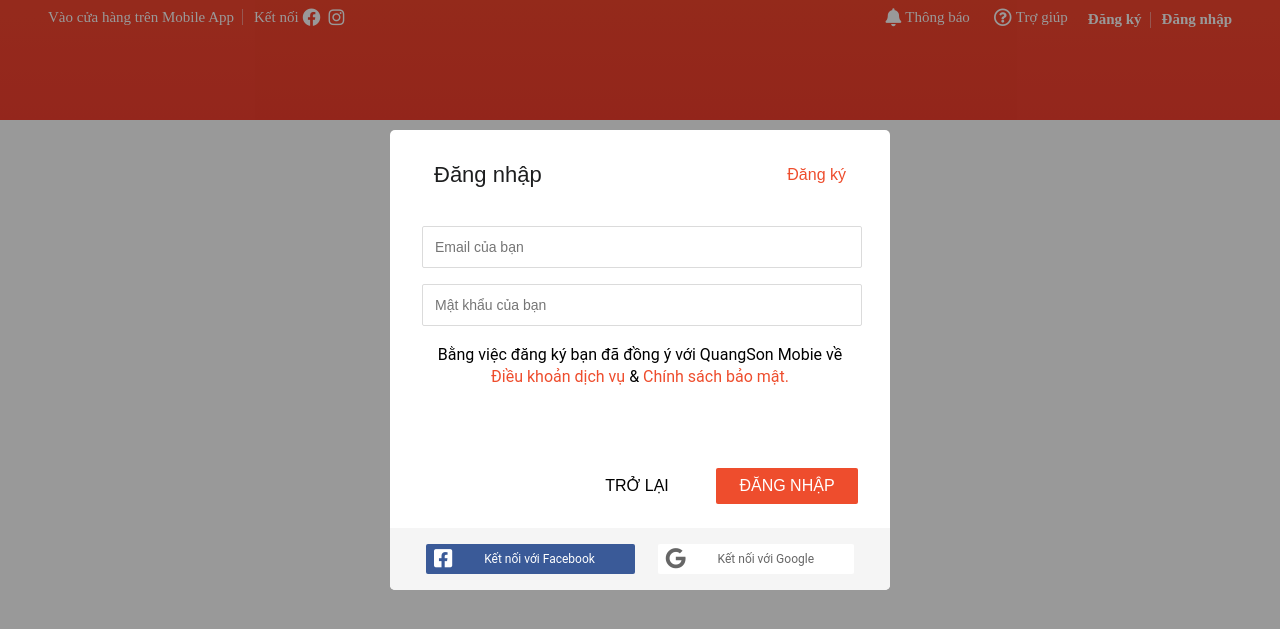
Repository: Qson412/BTL_Web
Page: index.html
These files come from the project's save history. The page is drawn as it stood at one moment and after the next save; the edit follows.
The browser window is 1280 px wide. The pictures show the whole page.

Above is the page before, as saved 2021-11-29 17:53:21.

### index.html
<!DOCTYPE html>
<html lang="en">

<head>
    <meta charset="UTF-8">
    <meta http-equiv="X-UA-Compatible" content="IE=edge">
    <meta name="viewport" content="width=device-width, initial-scale=1.0">
    <link rel="stylesheet" href="./base.css">
    <link rel="stylesheet" href="./main.css">
    <link rel="stylesheet" href="./fontawesome-free-5.15.4-web/css/all.min.css">
    <title>Trang trủ</title>
</head>

<body>
    <div class="app">
        <!-- HEADER -->
        <header class="header">
            <div class="grid">
                <nav class="header__navbar">
                    <ul class="header__navbar-list">
                        <li class="header__navbar-item header__navbar-item--has-qr header__navbar-item--separate">
                            Vào cửa hàng trên Mobile App
                            <!--Link Dowloads App in QR, GG Play and AppStore-->
                            <div class="header__qr">
                                <img src="./uploads/qr_code.png" alt="QR code" class="header__qr-img">
                                <div class="header__qr-app">
                                    <!--Link Dowloads App in GG Play-->
                                    <a href="https://play.google.com/store/apps/details?id=com.shopee.vn&hl=vi&gl=US"
                                        class="header__qr-link"><img src="./uploads/gg_play.png" alt="Google Play"
                                            class="header__qr-dowloads-img"></a>
                                    <!--Link Dowloads App in AppStore-->
                                    <a href="https://apps.apple.com/vn/app/id959841449" class="header__qr-link"><img
                                            src="./uploads/appstore.png" alt="App Store"
                                            class="header__qr-dowloads-img"></a>
                                </div>
                            </div>
                        </li>
                        <li class="header__navbar-item">
                            <span class="header__navbar-title--no-poiter">Kết nối</span>
                            <a href="https://www.facebook.com/" class="header__navbar-icon-link"><i
                                    class="header__navbar-icon fab fa-facebook"></i></a>
                            <a href="https://www.instagram.com/" class="header__navbar-icon-link"><i
                                    class="header__navbar-icon fab fa-instagram"></i></a>
                        </li>
                    </ul>

                    <ul class="header__navbar-list">
                        <li class="header__navbar-item header__navbar-item--has-notify"><a href="" class="header__navbar-item-link">
                                <i class="header__navbar-icon fas fa-bell"></i>
                                Thông báo</a>
                                <!-- Header Notification-->
                                <div class="header__notify">
                                    <header class="header__notify-header">
                                        <h3> Thông báo mới nhận</h3>
                                    </header>
                                    <ul class="header__notify-list">
                                        <li class="header__notify-item header__notify-item--viewed">
                                            <a href="" class="header__notify-link">
                                                <img src="https://cf.shopee.vn/file/3096ba0dd1902385608dca97184bb28b_tn" alt="" class="header__notify-img">
                                                <div class="header__notify-info">
                                                    <span class="header__notify-name">
                                                        Dòng điện thoại SamSung chính hãng vừa ra mắt. </span>
                                                    <span class="header__notify-descriotion">
                                                        Mô tả: SamSung Galaxy Z Fold3 5G.
                                                    </span>
                                                </div>
                                            </a>
                                        </li>

                                        <li class="header__notify-item header__notify-item--viewed">
                                            <a href="" class="header__notify-link">
                                                <img src="https://cf.shopee.vn/file/98a817a6d4d54cbe3c3f241815fc9c8f" alt="" class="header__notify-img">
                                                <div class="header__notify-info">
                                                    <span class="header__notify-name">
                                                        Siêu sale hàng chính hãng cùng Oppo </span>
                                                    <span class="header__notify-descriotion">
                                                        Mô tả: OPPO RENO 6(8GB | 128GB) - Hàng chính hãng.
                                                    </span>
                                                </div>
                                            </a>
                                        </li>

                                        <li class="header__notify-item header__notify-item--viewed">
                                            <a href="" class="header__notify-link">
                                                <img src="https://cf.shopee.vn/file/cd2c1b70c092a7ce16bf17bdd33a638e" alt="" class="header__notify-img">
                                                <div class="header__notify-info">
                                                    <span class="header__notify-name">
                                                        Xiaomi đang giảm giá dòng sản phẩm mới với giá cực sốc.</span>
                                                    <span class="header__notify-descriotion">
                                                        Mô tả: Xiaomi Redmi 10(4GB|128GB) - Hàng chính hãng.
                                                    </span>
                                                </div>
                                            </a>
                                        </li>
                                    </ul>
                                    <footer class="header__notify-footer">
                                        <a href="" class="header__notify-footer-btn">Xem tất cả</a>
                                    </footer>
                                </div>
                        </li>
                        <li class="header__navbar-item"><a href="" class="header__navbar-item-link">
                                <i class="header__navbar-icon far fa-question-circle"></i>
                                Trợ giúp</a>
                        </li>
                        <li class="header__navbar-item header__navbar-item--strong header__navbar-item--separate">Đăng
                            ký</li>
                        <li class="header__navbar-item header__navbar-item--strong">Đăng nhập</li>
                    </ul>
                </nav>
            </div>

        </header>

        <div class="container">

        </div>

        <footer class="footer">

        </footer>
    </div>
    <!-- Modal Body-->
    <div class="modal">
        <div class="modal__overlay"> </div>

        <div class="modal__body">

            <!-- Register Form-->
            <!-- <div class="auth-form">
                <div class="auth-form__container">
                    <div class="auth-form__header">
                        <h3 class="auth-form__heading">Đăng ký</h3>
                        <span class="auth-form__switch-btn">Đăng nhập</span>
                    </div>

                    <div class="auth-form__form">
                        <div class="auth-form__group">
                            <input type="text" class="auth-form__input" placeholder="Email của bạn">
                        </div>
                        <div class="auth-form__group">
                            <input type="password" class="auth-form__input" placeholder="Mật khẩu của bạn">
                        </div>
                        <div class="auth-form__group">
                            <input type="password" class="auth-form__input" placeholder="Nhập lại mật khẩu">
                        </div>
                    </div>
                    <div class="auth-form__aside">
                        <p class="auth-form__policy-text">Bằng việc đăng ký bạn đã đồng ý với QuangSon Mobie về
                            <a href="" class="auth-form__text-link">Điều khoản dịch vụ</a> &
                            <a href="" class="auth-form__text-link">Chính sách bảo mật.</a>
                        </p>
                    </div>
                    <div class="auth-form__controls">
                        <button class="btn auth-form__controls-back btn--normal">TRỞ LẠI</button>
                        <button class="btn btn--primary">ĐĂNG KÝ</button>
                    </div>
                </div>

                <div class="auth-form__socials">
                    <a href="" class="auth-form__socials--facebook btn btn--size-s btn--with-icon">
                        <i class="auth-form__socials-icon fab fa-facebook-square"></i>
                        <span class="auth-form__socials-title">Kết nối với Facebook</span></a>
                    <a href="" class="auth-form__socials--google btn btn--size-s btn--with-icon">
                        <i class="auth-form__socials-icon  fab fa-google"></i>
                        <span class="auth-form__socials-title">Kết nối với Google</span></a>
                </div>
            </div> -->


         <!-- Login Form-->
         <div class="auth-form">
            <div class="auth-form__container">
                <div class="auth-form__header">
                    <h3 class="auth-form__heading">Đăng nhập</h3>
                    <span class="auth-form__switch-btn">Đăng ký</span>
                </div>

                <div class="auth-form__form">
                    <div class="auth-form__group">
                        <input type="text" class="auth-form__input" placeholder="Email của bạn">
                    </div>
                    <div class="auth-form__group">
                        <input type="password" class="auth-form__input" placeholder="Mật khẩu của bạn">
                    </div>

                </div>
                <div class="auth-form__aside">
                    <p class="auth-form__policy-text">Bằng việc đăng ký bạn đã đồng ý với QuangSon Mobie về
                        <a href="" class="auth-form__text-link">Điều khoản dịch vụ</a> &
                        <a href="" class="auth-form__text-link">Chính sách bảo mật.</a>
                    </p>
                </div>
                <div class="auth-form__controls">
                    <button class="btn auth-form__controls-back btn--normal">TRỞ LẠI</button>
                    <button class="btn btn--primary">ĐĂNG NHẬP</button>
                </div>
            </div>

            <div class="auth-form__socials">
                <a href="" class="auth-form__socials--facebook btn btn--size-s btn--with-icon">
                    <i class="auth-form__socials-icon fab fa-facebook-square"></i>
                    <span class="auth-form__socials-title">Kết nối với Facebook</span></a>
                <a href="" class="auth-form__socials--google btn btn--size-s btn--with-icon">
                    <i class="auth-form__socials-icon  fab fa-google"></i>
                    <span class="auth-form__socials-title">Kết nối với Google</span></a>
            </div>
        </div>
        </div>
    </div>
</body>

</html>

### base.css
body{
    margin: 0;
    padding: 0;
    font-family: 'Roboto' , sans-serif;
}
.grid{
    width: 1200px;
    max-width: 100%;
    margin: 0 auto;
}

/* Animation */
@keyframes fadeIn{
    from{
        opacity: 0;
    }
    to{
        opacity: 1;
    }
}
/* Bien ma mau*/
:root{
    --primary-color: #ee4d2d;
    --border-color: #dbdbdb;
}

/* Modal */
.modal{
    position: fixed;
    top: 0;
    right: 0;
    left: 0;
    bottom: 0;
    display: flex;
}

.modal__overlay{
    position: absolute;
    width: 100%;
    height: 100%;
    background-color: rgba(0,0,0, 0.4);
}

.modal__body{
    z-index: 1;
    position: relative;

    margin: auto;

}
/* Button style */
.btn{
    min-width: 142px;
    height: 36px;
    text-decoration: none;
    border: none;
    border-radius: 2px;
    font-size: 1rem;
    padding: 0 12px;
    outline: none;
    cursor: pointer;
   color: black;
   display: flex;
   align-items: center;
   justify-content: center;
   background-color: white;
}

.btn.btn--normal:hover{
    background-color: rgba(0,0,0, 0.05);
}

.btn.btn--size-s{
    padding: 0 8px;
    height: 30px;
    font-size: 12px;
}
.btn.btn--primary{
    color: white;
    background-color: var(--primary-color);
}

.btn.btn--disabled{
    color: #949494;
    cursor: default;
    background-color: #c3c3c3;
    filter: brightness(80%);
}

### main.css
.header{

    height: 120px;
    background-image: linear-gradient(0, #f63f2e, #f7462e);
}
.header__navbar{
    display: flex;
    justify-content: space-between;
}
.header__navbar-list{
    list-style: none;
    padding-left: 0;
    margin-top: 4px;
}

.header__navbar-icon-link{
    color: white;
    text-decoration: none;
}

.header__navbar-icon{
    font-size: 18px;
    margin: 0 4px;
}
.header__navbar-item{
    margin: 0 8px ;
    position: relative;
    min-height: 26px;
}
.header__navbar-item--has-qr:hover .header__qr{
    display: block;
}
.header__navbar-item--has-notify:hover .header__notify{
    display: block;
}
.header__navbar-item,
.header__navbar-item-link{
    display: inline-block;
    font-size: 15px;
    color: white;
    text-decoration: none;
   font-family: 'Times New Roman', Times, serif;
}
.header__navbar-item:hover,
.header__navbar-icon-link:hover,
.header__navbar-item-link:hover{
    cursor: pointer;
    color: rgba(255, 255, 255, 0.7);
}

.header__navbar-item,
.header__navbar-item-link,
.header__navbar-icon-link{
    display: inline-flex;
    align-items: center;
}
.header__navbar-item--strong{
    font-weight: 900;
}

.header__navbar-item--separate::after{
    content: "";
    display: block;
    position: absolute;
    border-left: 1px solid #FB9086;
    height: 16px;
    right: -9px;
    top: 50%;
    transform: translateY(-50%);
}

.header__navbar-title--no-poiter{
    cursor: text;
    color: white;
}

/* Header QR code */
.header__qr{
    width: 175px;
    background-color: white ;
    position: absolute;
    left: 0;
    top: 118%;
    padding: 8px;
    border-radius: 2px;
    display: none;
    animation: fadeIn ease-in 0.5s;
}
.header__qr::before{
    position: absolute;
    left: 0;
    top: -16px;
    width: 100%;
    height: 20px;
    content: "";
    display: block;
}
.header__qr-img{
    width: 100%;
}

.header__qr-app{
    display: flex;
    justify-content: space-between;
    /* width: 100%;*/
}

.header__qr-link:nth-child(1){
    margin-left: 11px;
}
.header__qr-link:nth-child(2){
    margin-right: 11px;
}
.header__qr-dowloads-img{
    height: 16px;
}
/* HEADER NOTI.fication */
.header__notify{
    position: absolute;
    top: 118%;
    width: 404px;
    border: 1px solid #d3d3d3;
    background-color: white;
    right: 0;
    cursor: default;
    transform-origin: calc(100% - 20px) top ;
    animation: headerNotifyGrowth ease-in 0.2s;
    /* Mo rong animation trong truong hop 1 so Web không ho tro Animation */
    -webkit-animation: headerNotifyGrowth ease-in 0.2s;
    will-change: opacity, transform;
    display: none;
}

.header__notify::before{
    content: "";
    border-width: 20px 27px;
    border-style: solid;
    border-color: transparent transparent white transparent;
    position: absolute;
    right: 4px;
    top: -28px;
}

.header__notify::after{
    content: "";
    display: block;
    position: absolute;
    width: 90px;
    height: 20px;
    right: 0;
    top: -16px;
}
@keyframes headerNotifyGrowth{
    from{
        opacity: 0;
        transform: scale(0);
    }
    to{
        opacity: 1;
        transform: scale(1);
    }
}
.header__notify-header{
    height: 40px;
    background-color: white;
}

.header__notify-header h3{
    color: #999;
    margin:0 0 0 12px;
    font-weight: 400;
    font-size: 15px;
    line-height: 40px;
    user-select: none;
}

.header__notify-list{
    padding-left: 0;
}

.header__notify-item{
    display: flex;
}

.header__notify-item:hover{
    background-color: #f7f7f7;
}
.header__notify-item--viewed{
    background-color: rgb(238, 75, 43 , 0.08);
}

.header__notify-link{
    display: flex;
    width: 100%;
    padding: 12px;
    text-decoration: none;
    background-color: rgb(238, 77, 45 , 0.08);
}

.header__notify-img{
    width: 50px;
    object-fit: contain;
}

.header__notify-info{
    margin-left: 12px;
}

.header__notify-name{
    display:block;
    font-size: 14px;
    color: black;
    font-weight: 400;
    line-height: 1.2rem;
}

.header__notify-descriotion{
    display: block;
    font-size: 12px;
    color: #756f6e;
    line-height: 1.6rem;
}

.header__notify-footer{
    display: flex;
}

.header__notify-footer-btn{
    text-decoration: none;
    color: #272626;
    width: 100%;
    padding: 8px 0;
    text-align: center;
}

/* Authel Modal */
.auth-form{
    width: 500px;
    background-color: white;
    border-radius: 5px;
    overflow: hidden;
}
.auth-form__container{
    padding: 0 32px;
}

.auth-form__header{
    display: flex;
    align-items: center;
    justify-content: space-between;
    font-family: Arial, Helvetica, sans-serif;
    padding: 0 12px;
    margin-top: 10px;
}

.auth-form__heading{
    font-size: 22px;
    font-weight: 500;
    color: rgb(29, 30, 31);
}

.auth-form__switch-btn{
    font-size: 16px;
    font-weight: 500;
    color: var(--primary-color);
    cursor: pointer;
}

/*.auth-form__form{

}
*/
.auth-form__input{
    width: 95%;
    height: 40px;
    margin-top: 16px;
    padding: 0 12px;
    font-size: 14px;
    border-radius: 2px;
    border: 1px solid var(--border-color);
    outline: none;
}

.auth-form__input:focus{
    border-color: #888;
}

.auth-form__aside{
    margin-top: 18px;
}

.auth-form__policy-text{
    font-size: 1rem;
    line-height: 1.4rem;
    text-align: center;

}

.auth-form__text-link{
    font-size: 1rem;
    text-decoration: none;
    color: var(--primary-color);
}

.auth-form__controls{
    margin-top: 80px;
}
.auth-form__controls{
     display: flex;
     justify-content: flex-end;
     margin-top: 80px;
}

.auth-form__controls-back{
    margin-right: 8px;
}
.auth-form__socials{
   background-color: #f5f5f5;
   padding: 16px 36px;
   display: flex;
   justify-content: space-between;
   margin-top: 24px;
}

.auth-form__socials-icon{
    font-size: 1.3rem;
}

.auth-form__socials--facebook{
    background-color: #3a5a98;
    color: white;
}

.auth-form__socials--facebook
.auth-form__socials-icon{
    color: white;
}

.auth-form__socials-title{
    margin: 0 32px;
}

.auth-form__socials--google{
    background-color: white;
    color: #666;
}

Loaded but not shown: fontawesome-free-5.15.4-web/css/all.min.css (library)

After the next save:
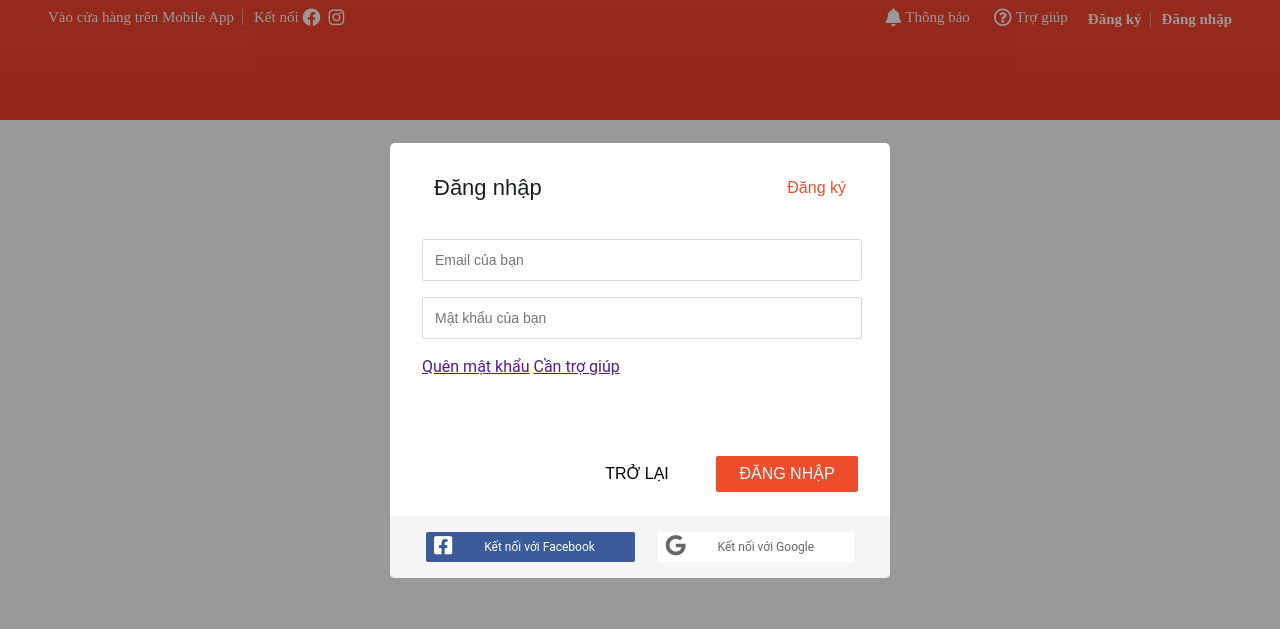
Saved 4 min 25 s later.
--- a/index.html
+++ b/index.html
@@ -185,10 +185,10 @@
 
                 </div>
                 <div class="auth-form__aside">
-                    <p class="auth-form__policy-text">Bằng việc đăng ký bạn đã đồng ý với QuangSon Mobie về
-                        <a href="" class="auth-form__text-link">Điều khoản dịch vụ</a> &
-                        <a href="" class="auth-form__text-link">Chính sách bảo mật.</a>
-                    </p>
+                    <div class="auth-form__help">
+                        <a href="" class="auth-form__help-link">Quên mật khẩu</a>
+                        <a href="" class="auth-form__help-link">Cần trợ giúp</a>
+                    </div>
                 </div>
                 <div class="auth-form__controls">
                     <button class="btn auth-form__controls-back btn--normal">TRỞ LẠI</button>
